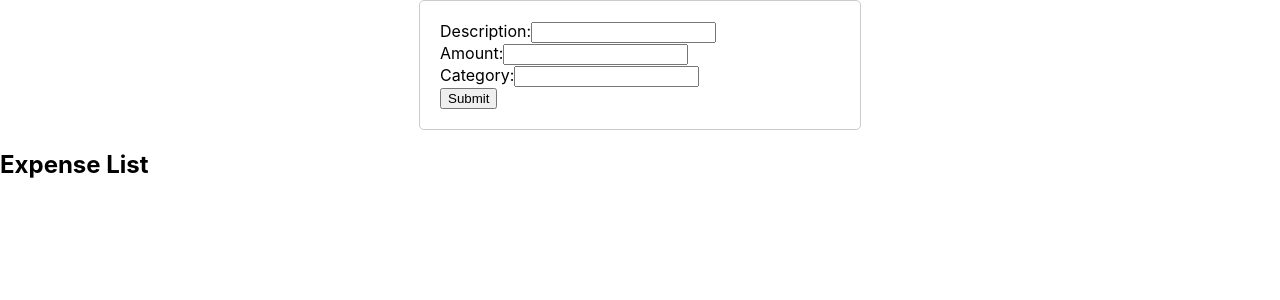
Repository: Victor-MGB/basic-expense-tracker
Page: / (app in expense-tracker/)
An editor plug-in stored every save of this project. The page is shown before and after a run of saves, followed by the edit.
The browser window is 1280 px wide. The pictures show the whole page.
The project was rebuilt for these pictures with package versions that can differ from the ones it lists, and the page was loaded fresh each time. Also part of the build but not shown: expense-tracker/src/component/ExpenseItem.js.

Above is the page before, as saved 2023-12-10 22:41:36.

After the next 2 saves:
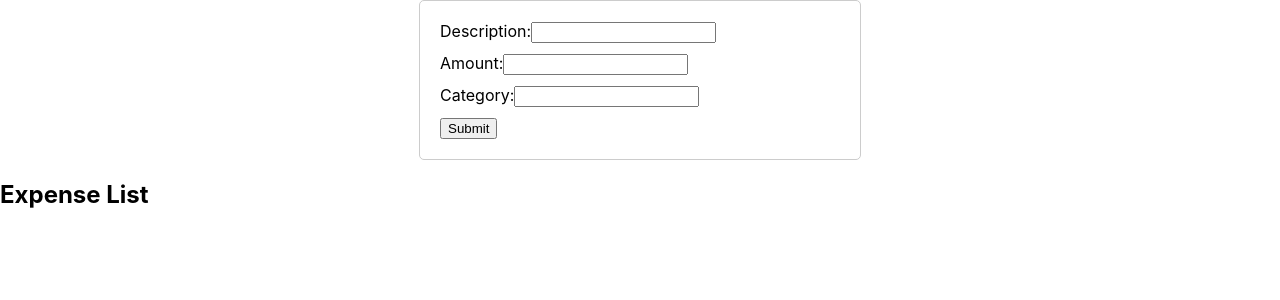
The 2 saves are shown as one change because 1 did not build or start.
The last was saved 10 s later.
--- a/expense-tracker/src/component/ExpenseForm.js
+++ b/expense-tracker/src/component/ExpenseForm.js
@@ -49,7 +49,8 @@ export function ExpenseForm({onAddExpense}) {
     }
 
     const labelStyle={
-        display:'block'
+        display:'block',
+        marginBottom:'10px'
     }
 
     return (
